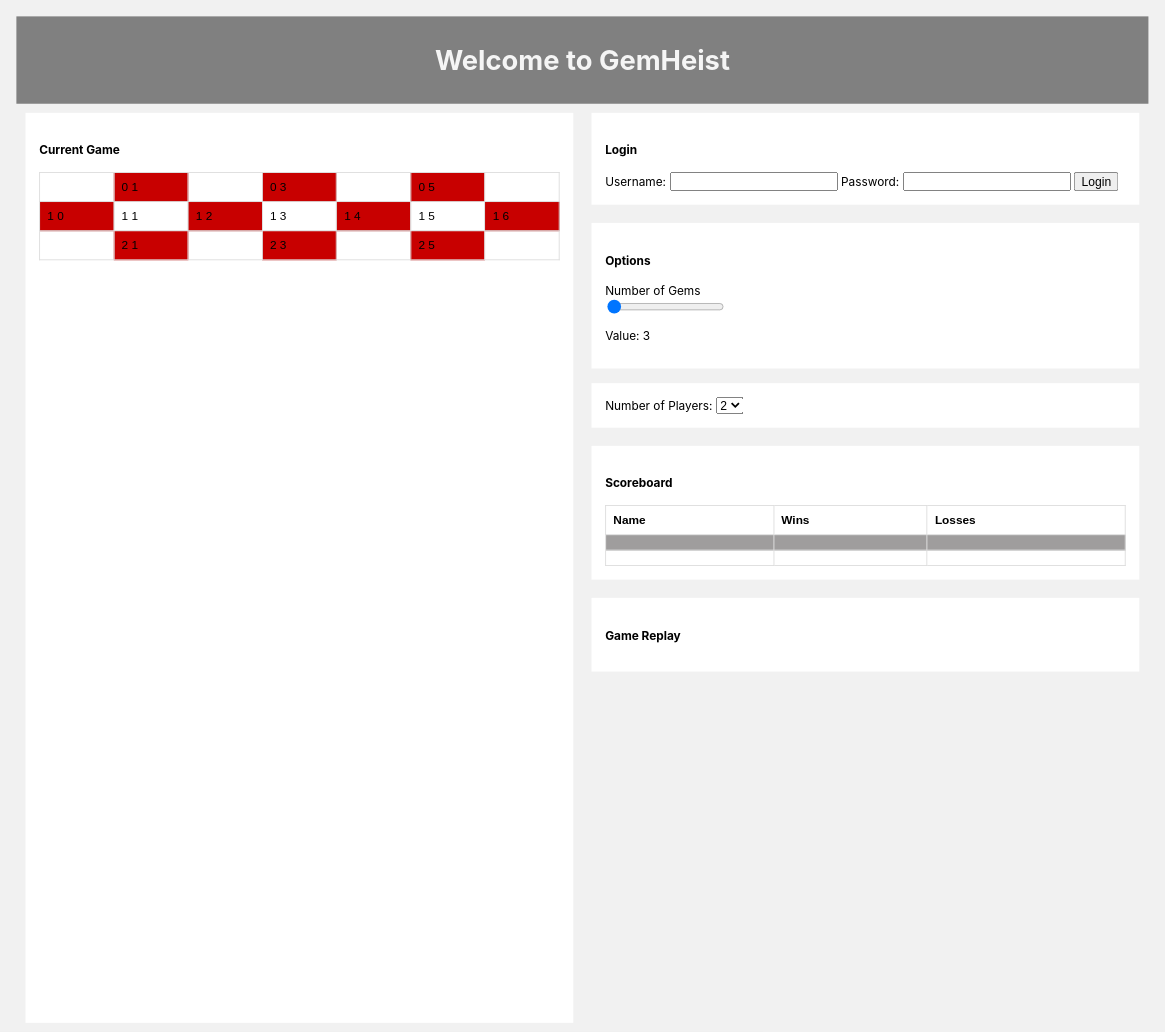
Repository: komalharjani/Gem-Heist
Page: board.html
These files come from the project's save history. The page is drawn as it stood at one moment and after the next save; the edit follows.
The browser window is 1280 px wide. The pictures show the whole page, at 91% of full size.

Above is the page before, as saved 2020-04-05 20:29:10.

After the next save:
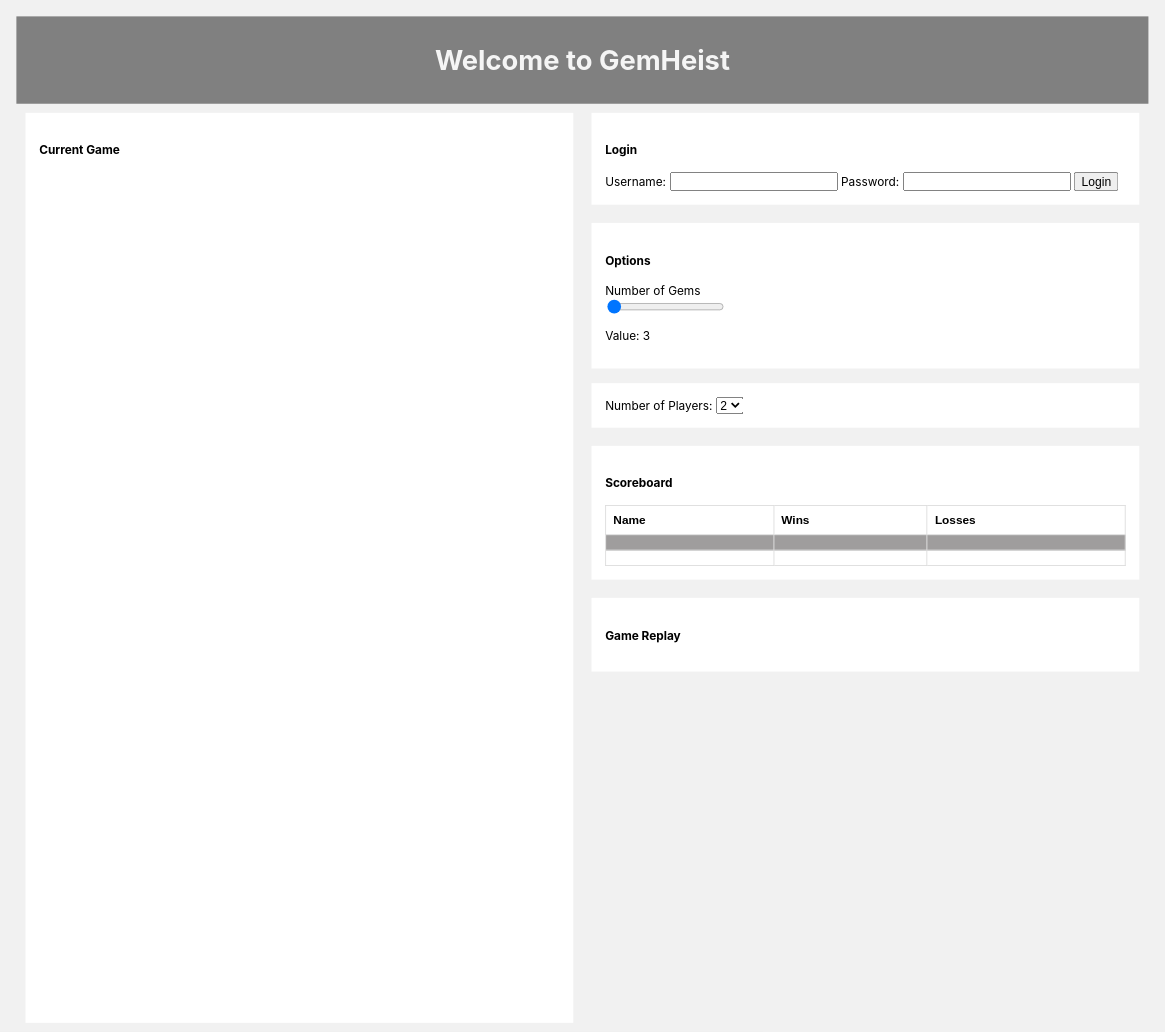
Console error: TypeError: Cannot read properties of undefined (reading 'push')
Saved 2 min 11 s later.
--- a/model_Board.js
+++ b/model_Board.js
@@ -29,7 +29,7 @@
         var row = document.createElement('tr'); //create rows for each height
         for (var j = 0; j < width; j++) { //loop through width
             var cell = document.createElement('td'); //create columns for each width
-            currentState[i].push(cell);
+            currentState[j].push(cell);
             if (j % 2 && i % 2) { //identify gem cells
                 cell.innerHTML = i +" " + j;
             //cell.innerHTML = gemChar;

After the save that followed:
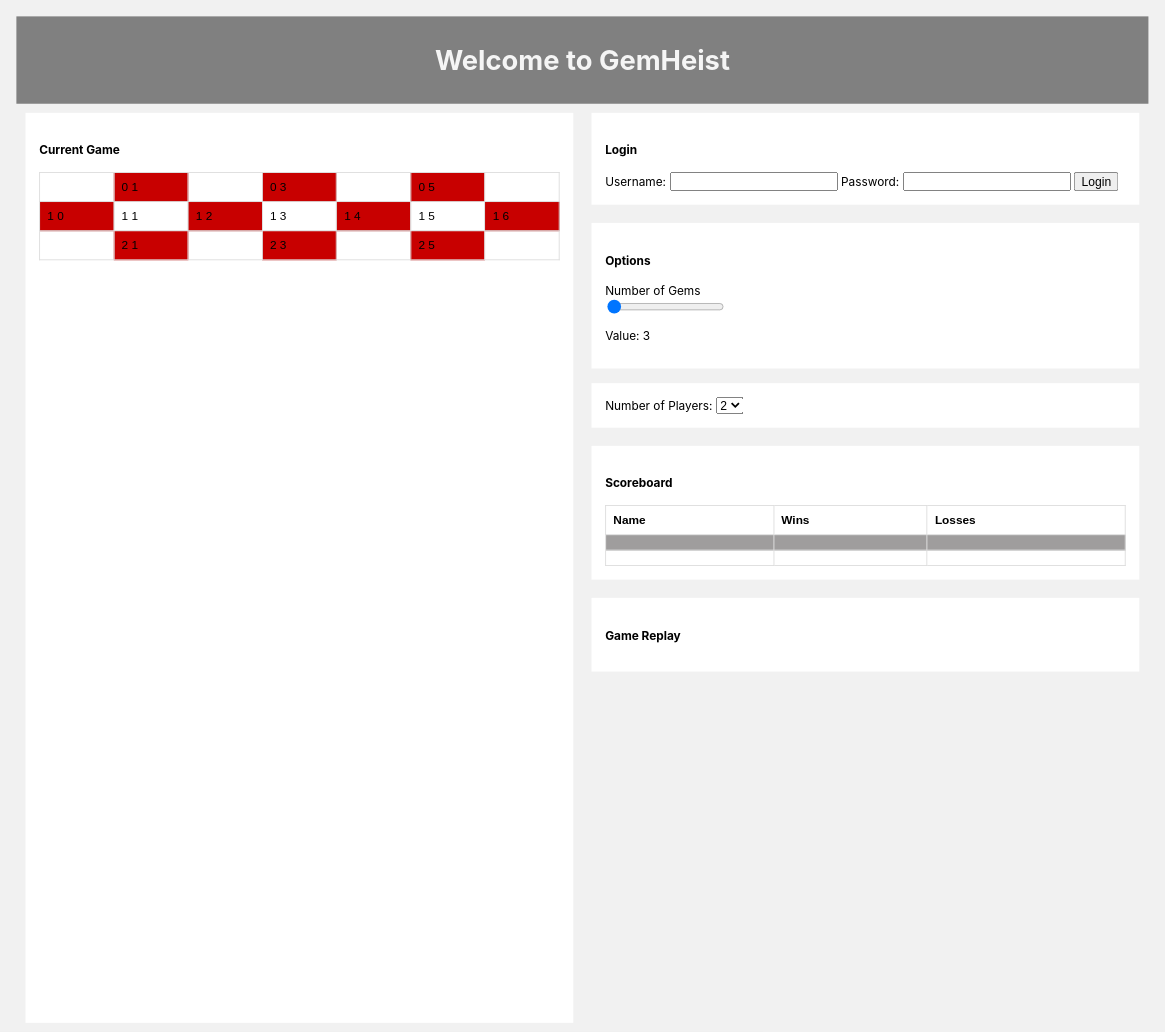
The error is gone.
Saved 11 s later.
--- a/model_Board.js
+++ b/model_Board.js
@@ -29,7 +29,7 @@
         var row = document.createElement('tr'); //create rows for each height
         for (var j = 0; j < width; j++) { //loop through width
             var cell = document.createElement('td'); //create columns for each width
-            currentState[j].push(cell);
+            currentState[i].push(j);
             if (j % 2 && i % 2) { //identify gem cells
                 cell.innerHTML = i +" " + j;
             //cell.innerHTML = gemChar;
